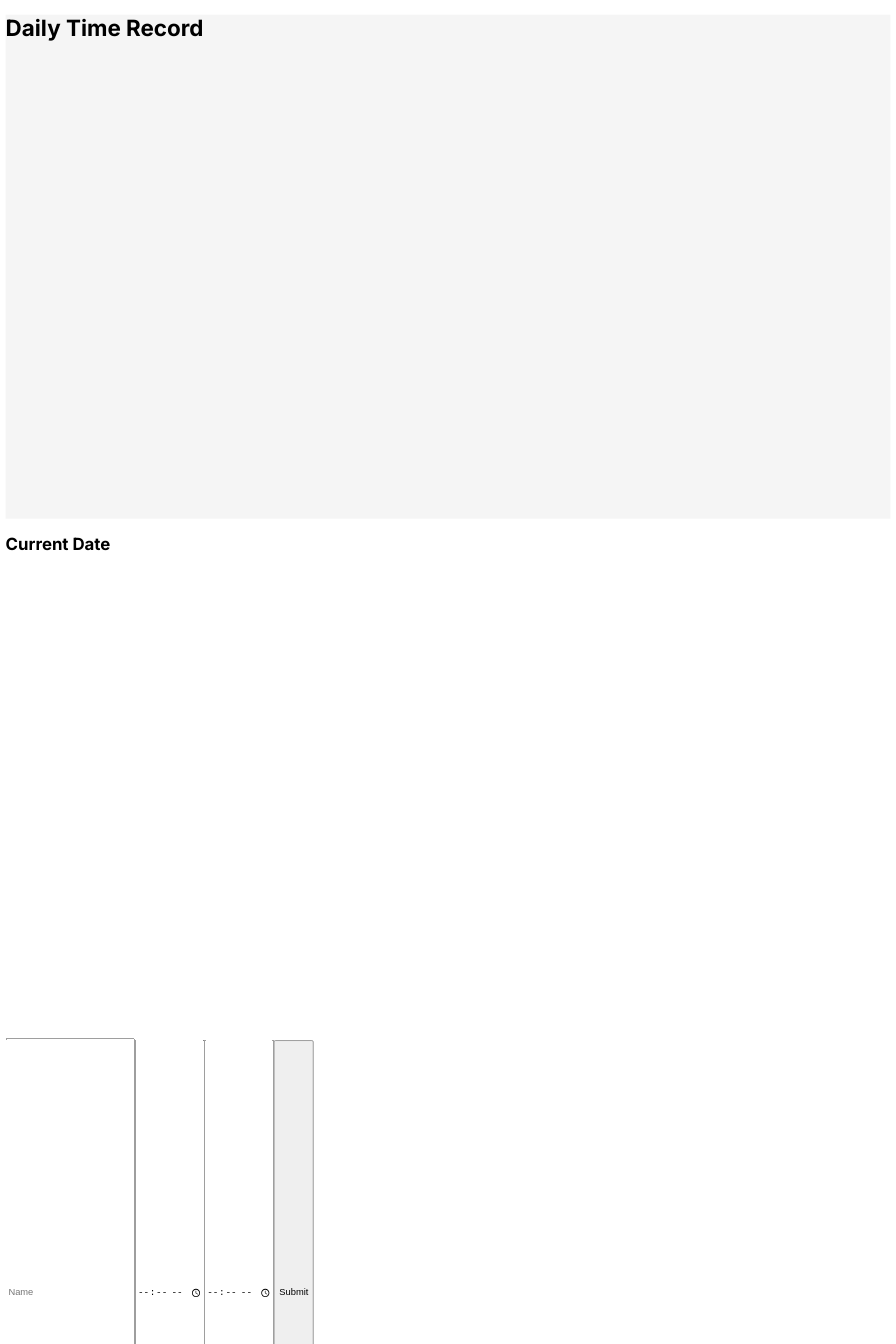
Repository: EeeeeEyyyy/daily_time_record
Page: /
The author's editor kept a copy of each file at every save. The page is drawn from the files as they stood at one save, then again after the next save.
The browser window is 1280 px wide. The pictures show the part of the page from y = 0 to 1920 px (the page is 4425 px tall before and 749 px after), at 70% of full size.
The project was rebuilt for these pictures with package versions that can differ from the ones it lists, and the page was loaded fresh each time. The framework's server and built-in components were replaced by stand-ins that run in the browser. Also part of the build but not shown: next.config.mjs, src/app/globals.css.

Above is the page before, as saved 2024-06-27 14:38:30.

### src/app/layout.js
import { Inter } from "next/font/google";
import "./globals.css";

const inter = Inter({ subsets: ["latin"] });

export const metadata = {
  title: "Daily Time Record",
  description: "Generated by create next app",
};

export default function RootLayout({ children }) {
  return (
    <html lang="en">
      <body className={inter.className}>{children}</body>
    </html>
  );
}

### src/app/page.js
"use client";
import React, { useEffect, useState } from 'react';
import styles from './page.module.css';
const DailyTimeRecord = () => {
  const [data, setData] = useState([]);
  const [name, setName] = useState('');
  const [arrivalTime, setArrivalTime] = useState('');
  const [timeOut, setTimeOut] = useState('');
  const [date, setDate] = useState('');
  const [errors, setErrors] = useState({ name: '', arrivalTime: '', timeOut: '' });
  const [filter, setFilter] = useState('');
  const [filterType, setFilterType] = useState('name');
  const [editIndex, setEditIndex] = useState(null);
  useEffect(() => {
    const storedData = JSON.parse(localStorage.getItem('user')) || [];
    setData(storedData);
    setDate(getCurrentDate());
  }, []);
  const getCurrentDate = () => {
    const now = new Date();
    return now.toLocaleDateString('en-US', {
      weekday: 'long',
      year: 'numeric',
      month: 'long',
      day: 'numeric'
    });
  };
  const formatTimeForInput = (time) => {
    const date = new Date();
    const [hours, minutes] = time.split(':');
    date.setHours(hours);
    date.setMinutes(minutes);
    return date.toTimeString().slice(0, 5);
  };
  const handleChangeName = (value) => {
    setName(value);
  };
  const handleChangeArrivalTime = (value) => {
    setArrivalTime(value);
  };
  const handleChangeTimeOut = (value) => {
    setTimeOut(value);
  };
  const handleSubmit = () => {
    const newErrors = {
      name: name ? '' : 'Name is required',
      arrivalTime: arrivalTime ? '' : 'Arrival time is required',
      timeOut: timeOut ? '' : 'Time out is required'
    };
    if (newErrors.name || newErrors.arrivalTime || newErrors.timeOut) {
      setErrors(newErrors);
      return;
    }
    const payload = {
      name,
      date,
      arrivalTime: formatTimeForInput(arrivalTime),
      timeOut: formatTimeForInput(timeOut)
    };
    if (editIndex !== null) {
      const updatedData = data.map((item, index) =>
        index === editIndex ? payload : item
      );
      setData(updatedData);
      localStorage.setItem('user', JSON.stringify(updatedData));
      setEditIndex(null);
    } else {
      const updatedData = [...data, payload];
      setData(updatedData);
      localStorage.setItem('user', JSON.stringify(updatedData));
    }
    setName('');
    setArrivalTime('');
    setTimeOut('');
    setErrors({ name: '', arrivalTime: '', timeOut: '' });
  };
  const handleDelete = (index) => {
    const updatedData = data.filter((_, i) => i !== index);
    setData(updatedData);
    localStorage.setItem('user', JSON.stringify(updatedData));
  };
  const handleEdit = (index) => {
    const record = data[index];
    setName(record.name);
    setArrivalTime(record.arrivalTime);
    setTimeOut(record.timeOut);
    setEditIndex(index);
  };
  const handleFilterChange = (e) => {
    setFilter(e.target.value);
  };
  const handleFilterTypeChange = (e) => {
    setFilterType(e.target.value);
  };
  const filteredData = data.filter((item) => {
    const searchTerm = filter.toLowerCase();
    if (filterType === 'name') {
      return item.name.toLowerCase().includes(searchTerm);
    } else if (filterType === 'date') {
      return item.date.toLowerCase().includes(searchTerm);
    } else if (filterType === 'arrivalTime') {
      return item.arrivalTime.toLowerCase().includes(searchTerm);
    } else if (filterType === 'timeOut') {
      return item.timeOut.toLowerCase().includes(searchTerm);
    }
    return false;
  });
  return (
    <div className={styles.main}>
              <h1>Daily Time Record</h1>
      <div>
        <h2>Current Date</h2>
        <p>{date}</p>
      </div>
      <input
        type="text"
        placeholder="Name"
        value={name}
        onChange={(e) => handleChangeName(e.target.value)}
      />
      {errors.name && <p style={{ color: 'red' }}>{errors.name}</p>}
      <input
        type="time"
        placeholder="Time of Arrival"
        value={arrivalTime}
        onChange={(e) => handleChangeArrivalTime(e.target.value)}
      />
      {errors.arrivalTime && <p style={{ color: 'red' }}>{errors.arrivalTime}</p>}
      <input
        type="time"
        placeholder="Time Out"
        value={timeOut}
        onChange={(e) => handleChangeTimeOut(e.target.value)}
      />
      {errors.timeOut && <p style={{ color: 'red' }}>{errors.timeOut}</p>}
      <button onClick={handleSubmit}>
        {editIndex !== null ? 'Update' : 'Submit'}
      </button>
      <div style={{ marginTop: '1rem' }}>
        <select value={filterType} onChange={handleFilterTypeChange}>
          <option value="name">Name</option>
          <option value="date">Date</option>
          <option value="arrivalTime">Arrival Time</option>
          <option value="timeOut">Time Out</option>
        </select>
        <input
          type="text"
          placeholder={`Filter by ${filterType}`}
          value={filter}
          onChange={handleFilterChange}
          style={{ display: 'block', marginTop: '1rem' }}
        />
      </div>
      <div style={{ marginTop: '1rem' }}>
        <h2>Trainees</h2>
        {filteredData.length > 0 ? (
          filteredData.map((item, index) => (
            <div key={index} style={{ marginBottom: '1rem' }}>
              <pre>
                Name: {item.name}<br />
                Date: {item.date}<br />
                Time of Arrival: {item.arrivalTime}<br />
                Time Out: {item.timeOut}
              </pre>
              <button onClick={() => handleEdit(index)}>Edit</button>
              <button onClick={() => handleDelete(index)}>Delete</button>
            </div>
          ))
        ) : (
          <p>No records found.</p>
        )}
      </div>
    </div>
  );
};
export default DailyTimeRecord;

### src/app/page.module.css
*{
    height:100vh;
}
.main{
    background-color: #f5f5f5;
}

After the next save:
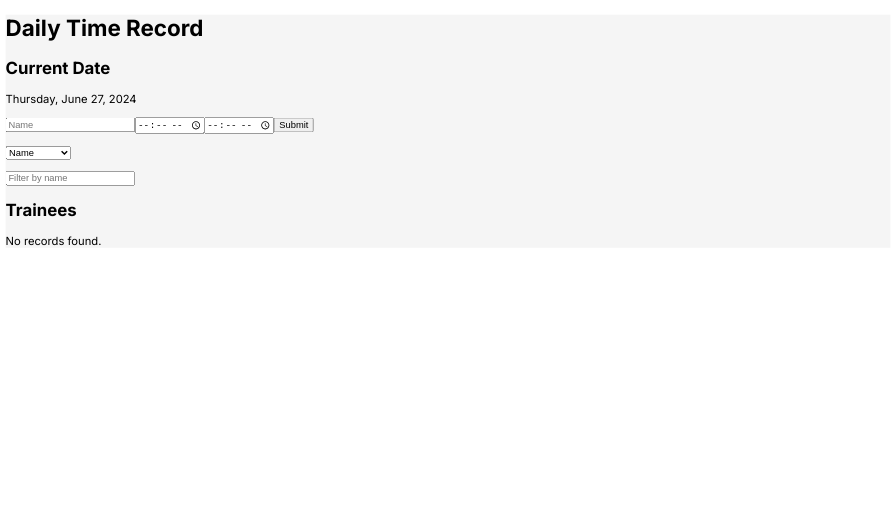
Saved 41 s later.
--- a/src/app/page.module.css
+++ b/src/app/page.module.css
@@ -1,4 +1,4 @@
-*{
+body{
     height:100vh;
 }
 .main{
